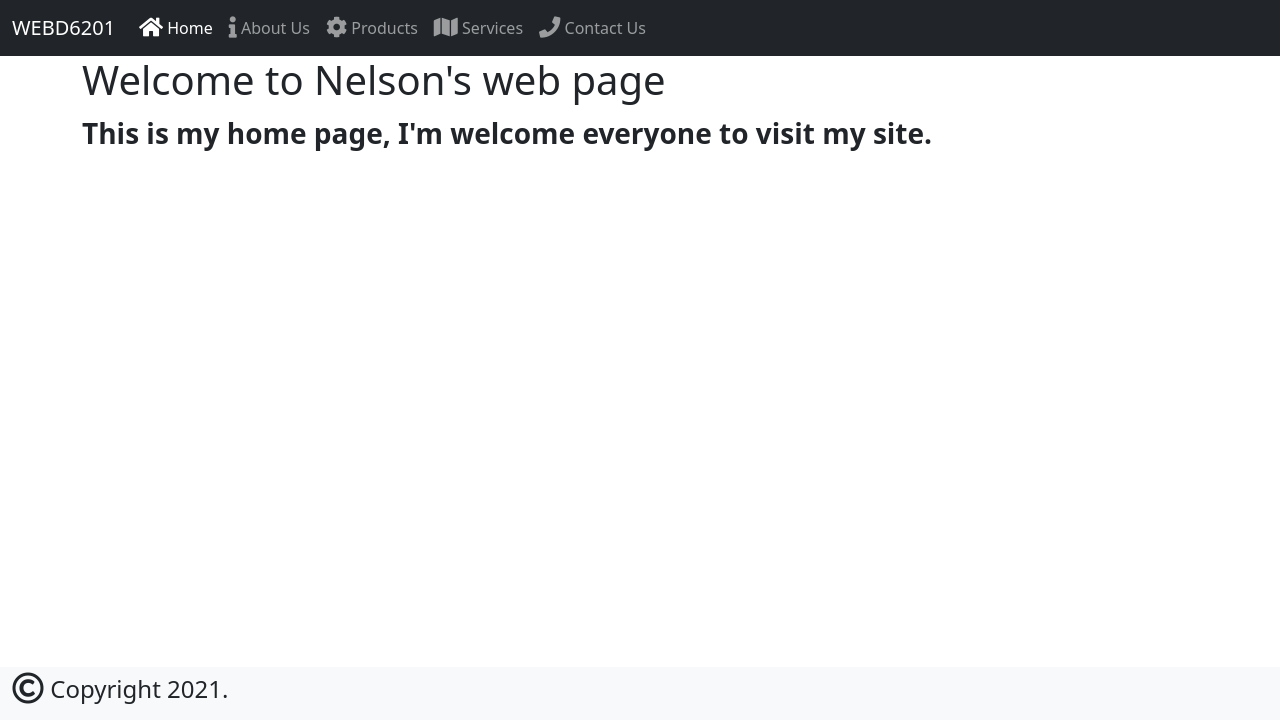
Repository: YiuWingLau/WEBD6201-W2021-Lab1
Page: index.html
The author's editor kept a copy of each file at every save. The page is drawn from the files as they stood at one save, then again after the next save.
The browser window is 1280 px wide. The pictures show the whole page.

Above is the page before, as saved 2021-02-03 17:26:04.

After the next save:
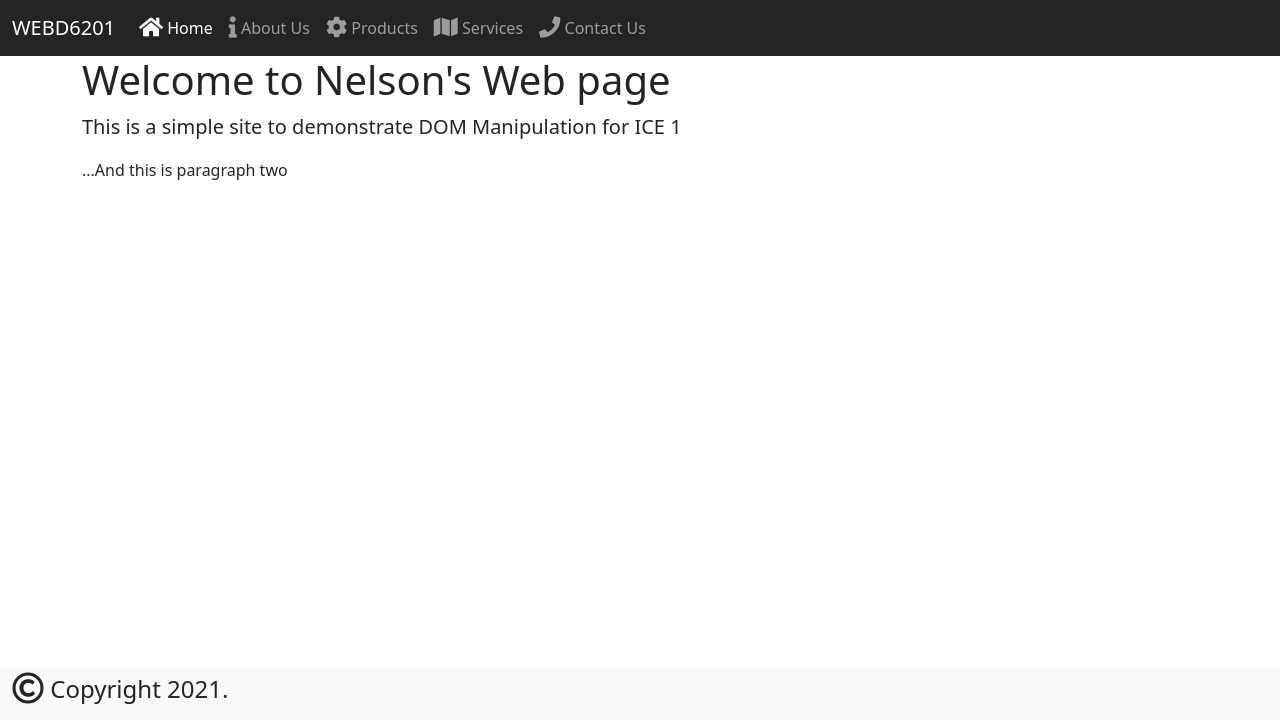
Console error: TypeError: Cannot read properties of undefined (reading 'appendChild')
Saved 112 s later.
--- a/Scripts/app.js
+++ b/Scripts/app.js
@@ -25,9 +25,10 @@
         newParagraph.textContent = "...And this is paragraph two";
         // Step 3. select the parent element
         let mainContent1 = document.getElementsByTagName("main")[0];
+        let mainContent2 = document.getElementsByTagName("main")[1];
         // Step 4. Add / Insert the element
         mainContent1.appendChild(newParagraph);
-
+        mainContent2.appendChild(newParagraph);
         newParagraph.className = "fs-6";
 
         // another way of injecting content
@@ -50,11 +51,14 @@
 
         // example of removeChild
         mainContent1.removeChild(paragraphOneElement);
-
+        mainContent2.removeChild(paragraphOneElement);
         // update / modification
         //mainContent.firstElementChild.textContent = "Welcome Home!";
 
         mainContent1.innerHTML = `<h1 id="firstHeading">Welcome to Nelson's web page</h1>
+         <p id="paragraphOne" class="fs-3 fw-bold">This is my home page, I'm welcome everyone to visit my site.</p>
+        `;
+        mainContent2.innerHTML = `<h1 id="firstHeading">Welcome to Nelson's web page</h1>
          <p id="paragraphOne" class="fs-3 fw-bold">This is my home page, I'm welcome everyone to visit my site.</p>
         `;
 

After the save that followed:
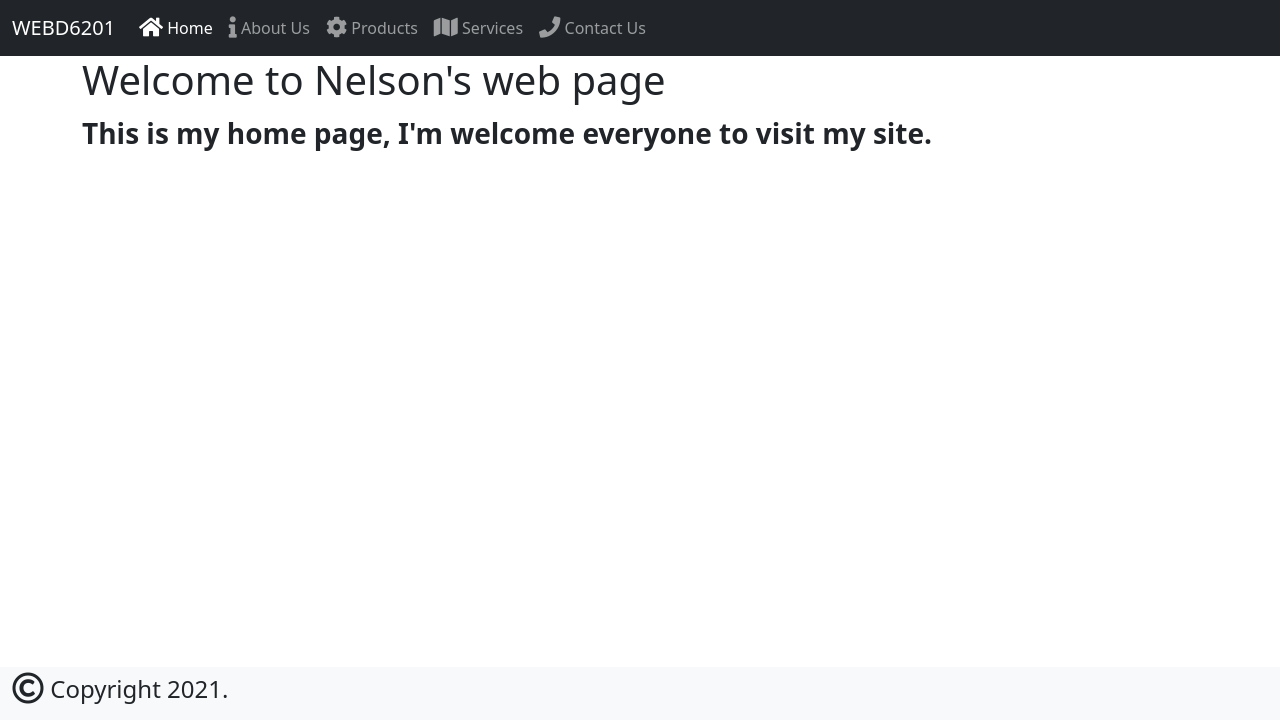
The error is gone.
Saved 4 min 8 s later.
--- a/index.html
+++ b/index.html
@@ -46,7 +46,7 @@
     </header>
     <!-- Main Content -->
     <main class="container">
-        <h1>Welcome to Nelson's Web page</h1>
+        <h1>Welcome to WEBD6201</h1>
         <p id="paragraphOne" class="fs-3"></p>
     </main>
     <!-- Main Footer -->
--- a/Scripts/app.js
+++ b/Scripts/app.js
@@ -24,11 +24,9 @@
         newParagraph.setAttribute("id", "paragraphTwo");
         newParagraph.textContent = "...And this is paragraph two";
         // Step 3. select the parent element
-        let mainContent1 = document.getElementsByTagName("main")[0];
-        let mainContent2 = document.getElementsByTagName("main")[1];
+        let mainContent = document.getElementsByTagName("main")[0];
         // Step 4. Add / Insert the element
-        mainContent1.appendChild(newParagraph);
-        mainContent2.appendChild(newParagraph);
+        mainContent.appendChild(newParagraph);
         newParagraph.className = "fs-6";
 
         // another way of injecting content
@@ -50,15 +48,11 @@
         //paragraphOneElement.remove();
 
         // example of removeChild
-        mainContent1.removeChild(paragraphOneElement);
-        mainContent2.removeChild(paragraphOneElement);
+        mainContent.removeChild(paragraphOneElement);
         // update / modification
         //mainContent.firstElementChild.textContent = "Welcome Home!";
 
-        mainContent1.innerHTML = `<h1 id="firstHeading">Welcome to Nelson's web page</h1>
-         <p id="paragraphOne" class="fs-3 fw-bold">This is my home page, I'm welcome everyone to visit my site.</p>
-        `;
-        mainContent2.innerHTML = `<h1 id="firstHeading">Welcome to Nelson's web page</h1>
+        mainContent.innerHTML = `<h1 id="firstHeading">Welcome to Nelson's web page</h1>
          <p id="paragraphOne" class="fs-3 fw-bold">This is my home page, I'm welcome everyone to visit my site.</p>
         `;
 
